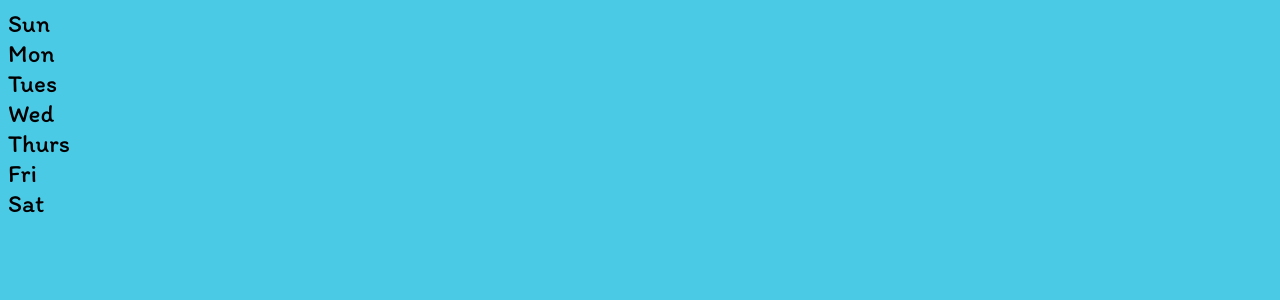
Repository: Jazinha/Hello-kitty-weather
Page: forecast.html
These files come from the project's save history. The page is drawn as it stood at one moment and after the next save; the edit follows.
The browser window is 1280 px wide. The pictures show the whole page.

Above is the page before, as saved 2023-02-04 17:40:15.

### forecast.html
<!DOCTYPE html>
<html>
    <head>
        <title>Hello-Weather!</title>
        <meta charset="utf-8">
        <link rel="stylesheet" href="style.css">
        <link rel="preconnect" href="https://fonts.googleapis.com">
<link rel="preconnect" href="https://fonts.gstatic.com" crossorigin>
<link href="https://fonts.googleapis.com/css2?family=Itim&family=Lilita+One&display=swap" rel="stylesheet">
    </head>
    <body>
        <div class="day-week">
          <div>Sun</div>
          <div>Mon</div>
          <div>Tues</div>
          <div>Wed</div>
          <div>Thurs</div>
          <div>Fri</div>
          <div>Sat</div>
        </div>
    </body>
</html>

### style.css
body {
    background-color: rgb(75, 202, 230);
    font-size: 25px;
    font-family: 'Itim', cursive;;
}

.container {
    text-align: center;
    justify-content: center;
}

h1 {
    font-size: 120px;
    font-family: 'Lilita One', cursive;
    color: rgb(202, 10, 10);
    -webkit-text-stroke: .5px black;
}

#initial {
    font-family: 'Lilita One', cursive;
    width: 190px;
}

.btn {
    border: 0;
    padding: 5px 10px;
    font-size: 20px;
    background-color:rgb(202, 10, 10);
    width: 80px;
    border-radius: 20px;
    color: #ffffff;
    text-align: center;
    text-decoration: none;
}


.btn:hover {
    background-color: rgb(217, 75, 98);
  }

.Days {
}

/*This is for the forecast.html */


.days-week {
    display: flex;
    flex-flow: row wrap;
   }

   .days-week > div {
    background-color: #f1f1f1;
    width: 100px;
    margin: 10px;
    text-align: center;
    line-height: 75px;
    font-size: 30px;
  }

After the next save:
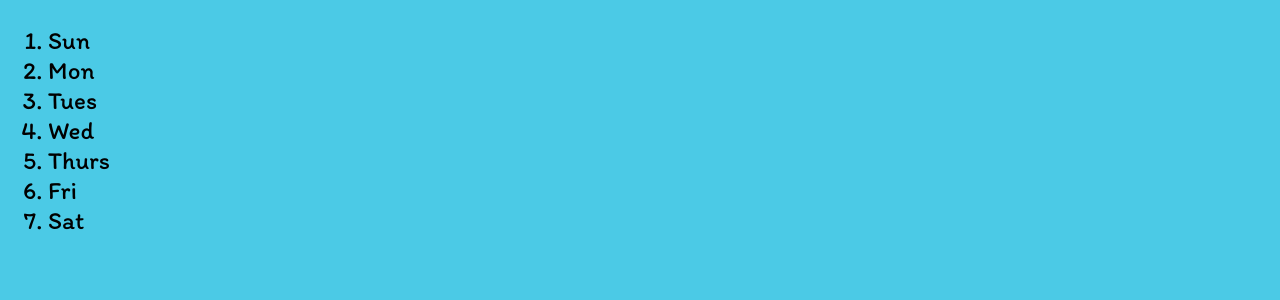
Saved 2 min 4 s later.
--- a/forecast.html
+++ b/forecast.html
@@ -9,14 +9,14 @@
 <link href="https://fonts.googleapis.com/css2?family=Itim&family=Lilita+One&display=swap" rel="stylesheet">
     </head>
     <body>
-        <div class="day-week">
-          <div>Sun</div>
-          <div>Mon</div>
-          <div>Tues</div>
-          <div>Wed</div>
-          <div>Thurs</div>
-          <div>Fri</div>
-          <div>Sat</div>
-        </div>
+        <ol class="Days-week">
+            <li>Sun</li>
+            <li>Mon</li>
+            <li>Tues</li>
+            <li>Wed</li>
+            <li>Thurs</li>
+            <li>Fri</li>
+            <li>Sat</li>
+        </ol>
     </body>
 </html>
